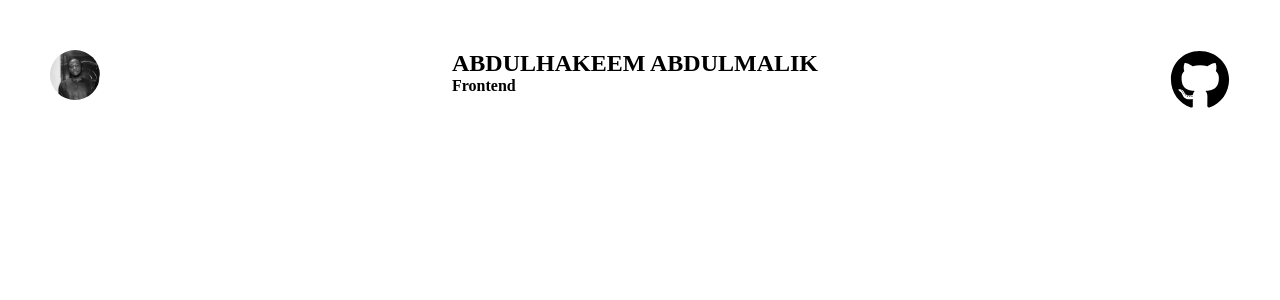
Repository: malikhakeem/HNG-TASK
Page: HNG-TASK1.html
The author's editor kept a copy of each file at every save. The page is drawn from the files as they stood at one save, then again after the next save.
The browser window is 1280 px wide. The pictures show the whole page.

Above is the page before, as saved 2023-09-08 21:42:42.

After the next save:
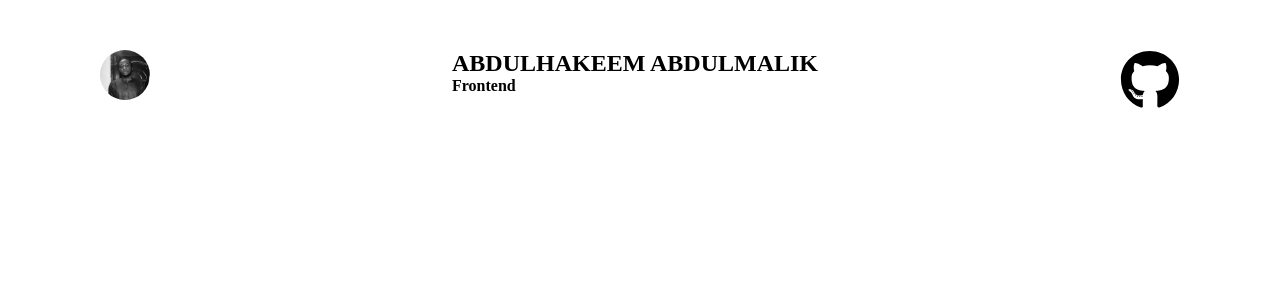
Saved 21 s later.
--- a/HNG-TASK!.css
+++ b/HNG-TASK!.css
@@ -12,5 +12,5 @@
 .nav{
     display:flex;
     justify-content: space-between;
-    padding: 50px;
+    padding: 50px 100px 0px 100px;
 }
